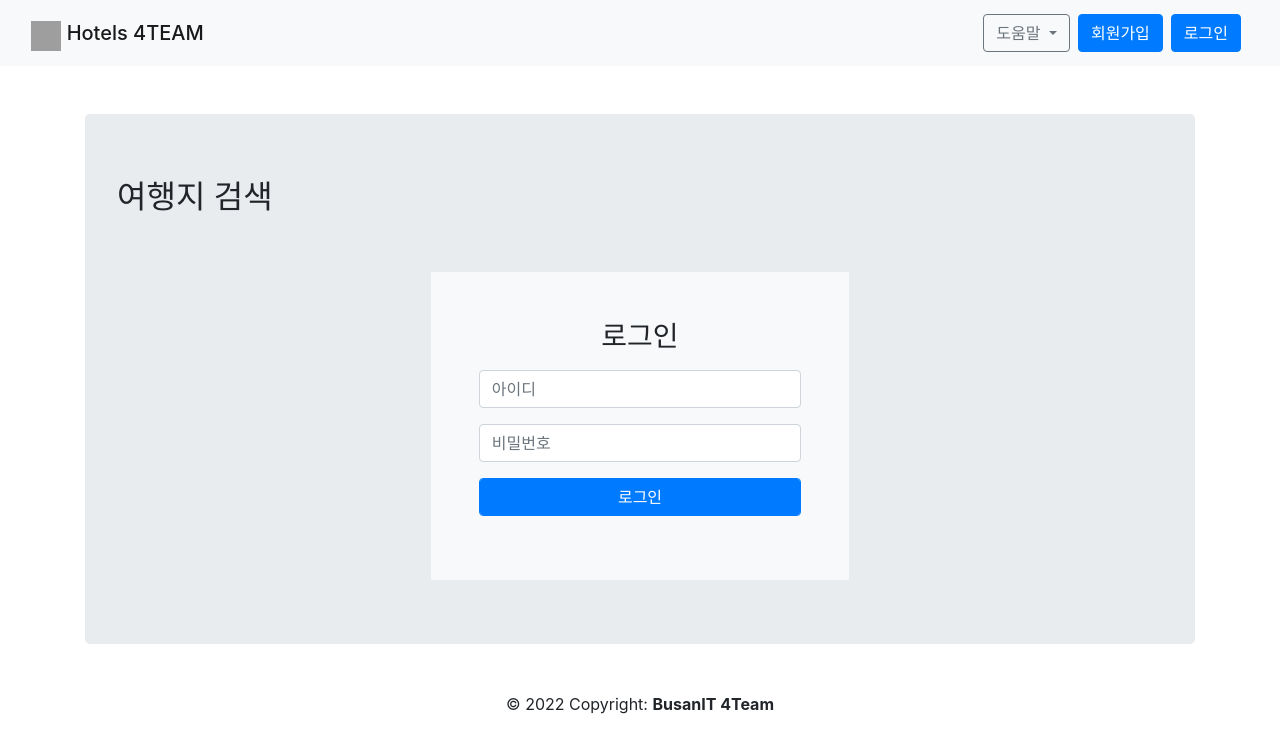
Repository: ShinKioh/Hotel_project
Page: http://localhost/HOTEL/login
These files come from the project's save history. The page is drawn as it stood at one moment and after the next save; the edit follows.
The browser window is 1280 px wide. The pictures show the whole page.
Pictures or frames that could not be fetched are drawn as grey boxes. The page is served by Tomcat 9. Other server files are loaded and not shown.

Above is the page before, as saved 2022-02-17 23:58:14.

### HOTEL/WebContent/login/login.jsp
<%@ page language="java" contentType="text/html; charset=UTF-8"
    pageEncoding="UTF-8"%>
<!DOCTYPE html>
<html>
<head>
<meta charset="UTF-8">
<meta name="viewport" content="width=device-width, initial-scale=1, shrink-to-fit=no">
<link rel="stylesheet" href="//unpkg.com/bootstrap@4/dist/css/bootstrap.min.css">
<script src='//unpkg.com/jquery@3/dist/jquery.min.js'></script>
<script src='//unpkg.com/popper.js@1/dist/umd/popper.min.js'></script>
<script src='//unpkg.com/bootstrap@4/dist/js/bootstrap.min.js'></script>
<title>로그인 페이지</title>
</head>
<body>

<jsp:include page="../common/header.jsp" />

<main>
	<div class="container">
		<div class="jumbotron mt-5">
			<h2>여행지 검색</h2>

			<div class="row">
				<div class="col-lg-5 col-md-7 mx-auto">
					<div class="bg-light p-5 mt-5">
						<form action="<%=request.getContextPath() %>/login" method="post">
							<h3 class="text-center mb-3">로그인</h3>
							<input type="text" class="form-control mb-3" name="id" placeholder="아이디" maxlength="20" required>
			          		<input type="password" class="form-control mb-3" name="password" placeholder="비밀번호" maxlength="20" required>
			          		<input type="submit" class="btn btn-primary form-control mb-3" value="로그인">
						</form>
					</div>
				</div>
			</div>

		</div>
	</div>
</main>

<jsp:include page="../common/footer.jsp" />

</body>
</html>

### HOTEL/WebContent/common/header.jsp
<%@ page language="java" contentType="text/html; charset=UTF-8"
	pageEncoding="UTF-8"%>
<header>
	<nav class="navbar navbar-expand-lg navbar-light bg-light">
		<div class="container-fluid">
			<a class="navbar-brand" href="#"> <img
				src="img/premium-icon-letter-h-5540593.png" alt="" width="30"
				height="30" class="d-inline-block align-text-top"> <span
				class="navbar-brand mb-0 h1">Hotels 4TEAM</span>
			</a>
			<div class="d-flex justify-content-end">
				<div class="dropdown mr-2">
					<a class="btn btn-outline-secondary dropdown-toggle" href="#"
						role="button" id="dropdownMenuLink" data-toggle="dropdown"
						aria-expanded="false"> 도움말 </a>
					<div class="dropdown-menu" aria-labelledby="dropdownMenuLink">
						<a class="dropdown-item" href="#">공지 사항</a> <a
							class="dropdown-item" href="#">문의 사항</a> <a class="dropdown-item"
							href="#">FAQ</a>
					</div>
				</div>
				<a class="btn btn-primary mr-2" href="../register/register.jsp">회원가입</a>
				<a class="btn btn-primary mr-2" href="../login/login.jsp">로그인</a>
			</div>
		</div>
	</nav>
</header>

### HOTEL/WebContent/common/footer.jsp
<%@ page language="java" contentType="text/html; charset=UTF-8"
	pageEncoding="UTF-8"%>
<footer class="footer font-small black">
	<div class="footer-copyright text-center py-3">
		© 2022 Copyright:
		<b> BusanIT 4Team</b>
	</div>
</footer>

### HOTEL/src/controller/LoginController.java
package controller;

import java.io.IOException;

import javax.annotation.Resource;
import javax.servlet.RequestDispatcher;
import javax.servlet.ServletException;
import javax.servlet.annotation.WebServlet;
import javax.servlet.http.HttpServlet;
import javax.servlet.http.HttpServletRequest;
import javax.servlet.http.HttpServletResponse;
import javax.servlet.http.HttpSession;
import javax.sql.DataSource;

import dao.LoginDao;
import model.LoginBean;

@WebServlet("/login")
public class LoginController extends HttpServlet {
	private static final long serialVersionUID = 1L;

	private LoginDao loginDao;

	@Resource(name = "jdbc/hotel")
	private DataSource dataSource;

	public void init() throws ServletException {
		loginDao = new LoginDao(dataSource);
	}

	protected void doGet(HttpServletRequest request, HttpServletResponse response)
			throws ServletException, IOException {
		RequestDispatcher dispatcher = request.getRequestDispatcher("login/login.jsp");
		dispatcher.forward(request, response);
	}

	protected void doPost(HttpServletRequest request, HttpServletResponse response)
			throws ServletException, IOException {
		request.setCharacterEncoding("UTF-8");
		response.setContentType("text/html;charset=UTF-8");

		String id = request.getParameter("id");
		String password = request.getParameter("password");
		LoginBean loginBean = new LoginBean();
		loginBean.setId(id);
		loginBean.setPassword(password);

		if (loginDao.validate(loginBean)) {
			HttpSession session = request.getSession();
			session.setAttribute("id", id);
			RequestDispatcher dispatcher = request.getRequestDispatcher("main/home.jsp");
			dispatcher.forward(request, response);

		} else {

		}

	}

}

After the next save:
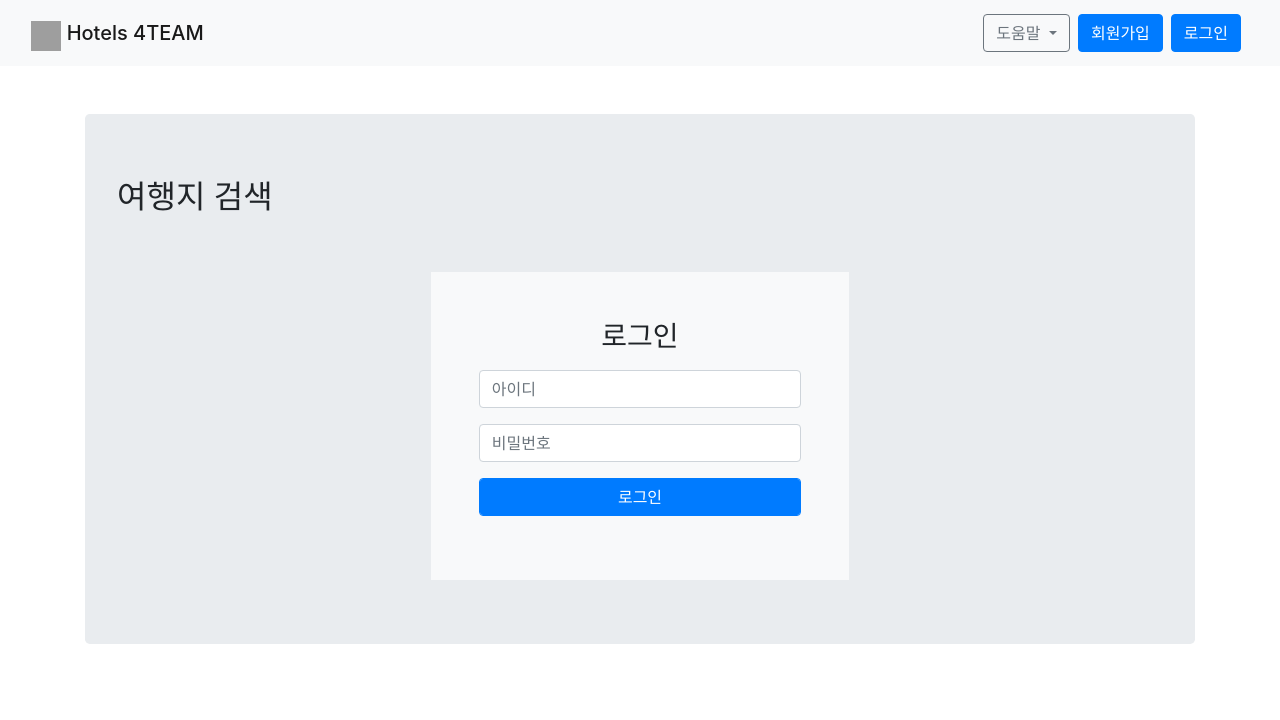
Saved 2 s later.
--- a/HOTEL/WebContent/common/footer.jsp
+++ b/HOTEL/WebContent/common/footer.jsp
@@ -1,8 +1,2 @@
 <%@ page language="java" contentType="text/html; charset=UTF-8"
 	pageEncoding="UTF-8"%>
-<footer class="footer font-small black">
-	<div class="footer-copyright text-center py-3">
-		© 2022 Copyright:
-		<b> BusanIT 4Team</b>
-	</div>
-</footer>
